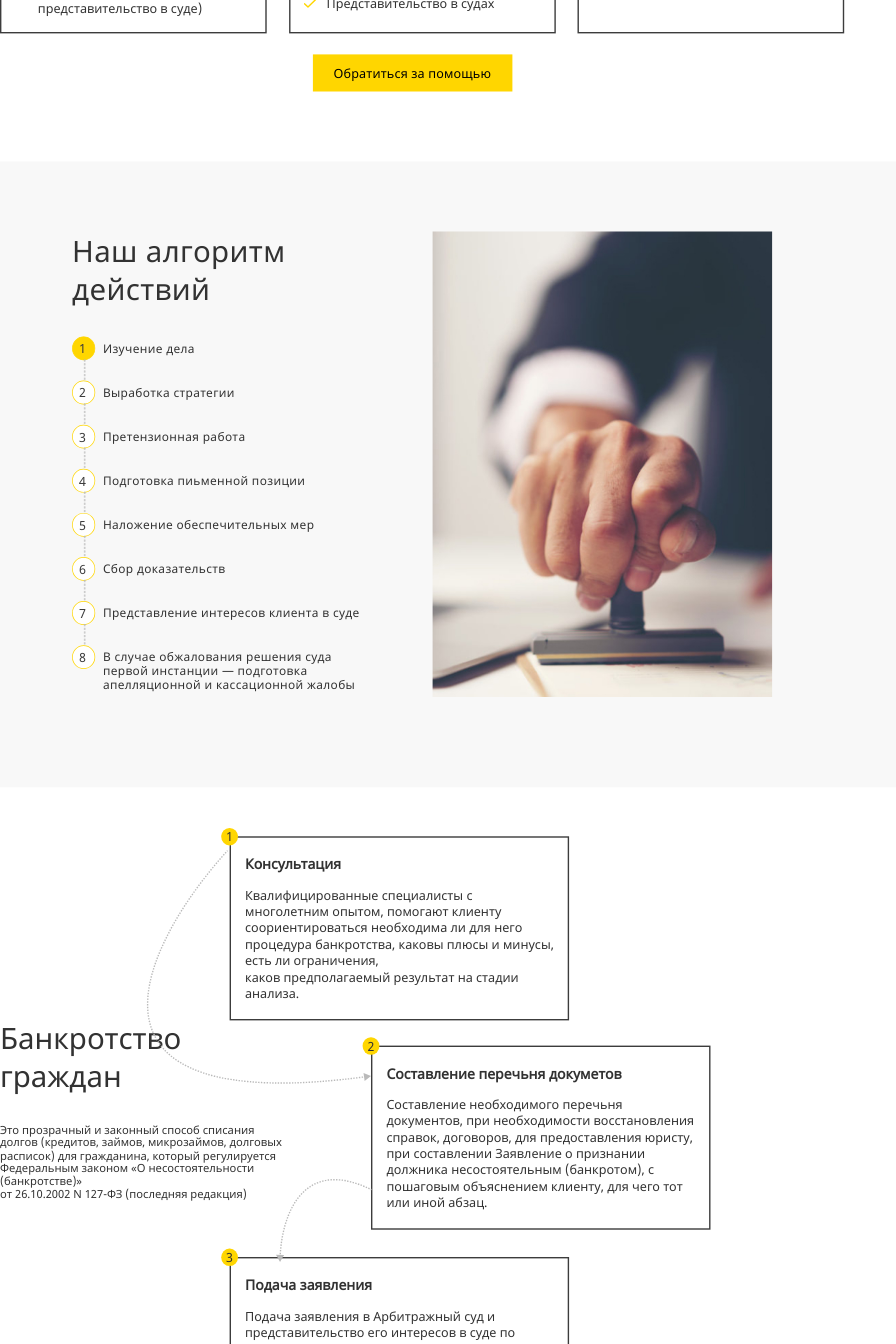
Repository: Nisovaki/antei
Page: http://localhost/
The author's editor kept a copy of each file at every save. The page is drawn from the files as they stood at one save, then again after the next save.
The browser window is 1280 px wide. The pictures show the part of the page from y = 2074 to 3994 px (the page is 6074 px tall), at 70% of full size.
The page is run by PHP 8.4 with error messages shown; the project is at /var/www/html/. Style sheets and scripts are compiled from the project's sources, by tool versions that may differ from the author's.

Above is the page before, as saved 2022-03-19 02:17:15.

### index.html
<!DOCTYPE html>
<html lang="ru">
<head>
	<meta charset="UTF-8">
	<meta http-equiv="X-UA-Compatible" content="IE=edge">
	<meta name="viewport" content="width=1440"/>
	<link rel="stylesheet" href="css/style.css">
	<link rel="preconnect" href="https://fonts.googleapis.com">
	<link rel="preconnect" href="https://fonts.gstatic.com" crossorigin>
	<link href="https://fonts.googleapis.com/css2?family=Roboto&display=swap" rel="stylesheet">
	<title>Услуги юриста</title>
</head>
<body>
	<navbar class="navbar">
		<div class="container">
			<div class="navbar-block">
				<ul class="navbar-list">
					<li class="navbar-item"><a href="#" class="navbar-link">Услуги</a></li>
					<li class="navbar-item"><a href="#" class="navbar-link">Банкротство граждан</a></li>
					<li class="navbar-item"><a href="#" class="navbar-link">Схема работы</a></li>
					<li class="navbar-item"><a href="#" class="navbar-link">Обратная связь</a></li>
				</ul>
				<div class="navbar-tel"><a href="tel:+79042812294" class="navbar-link">+7 (904) 281 22 94</a></div>
				<div class="navbar-address">г. Липецк, пр. Победы, д. 89</div>
			</div>
   </div>
	</navbar>

	<header class="header">
		<div class="container">
			<div class="header-block">
				<h1 class="header-block__title">Услуги юриста</h1>
				<div class="header-block__text">
					Ведение дел осуществляется как по г. Липецку, так и по его Области, возможно дистанционное составление документов
					в других городах
				</div>

				<ul class="header-block__list">
					<li class="icons header-block__item"><span class="icons__check"> Бесплатная консультация</span></li>
					<li class="icons header-block__item"><span class="icons__check"> Для клиентов пенсионного возраста скидки</span></li>
					<li class="icons header-block__item"><span class="icons__check"> Банкротство граждан, скидки для людей со&nbsp;льготами</span></li>
					<li class="icons header-block__item"><span class="icons__check"> В некоторых случаях возможно списать задолжность без подачи заявления на&nbsp;банкротство гарждан</span></li>
				</ul>

				<button class="button header__button">Решить проблему</button>
			</div>
		</div>
	</header>

	<section class="biography">
		<div class="container">
			<div class="author">
				<div class="author-img">
					<img src="img/biography/author.png" alt="Фотография: Богословский Дмитрий Михайлович" class="biography-author">
				</div>
				<div class="author-block">
					<h2 class="title biography-title">Богословский Дмитрий Михайлович</h2>
					<div class="biography-block">
						<div class="biography-subtitle"><span class="biography-subtitle__elipse"></span> Окончил МОУ ВО</div>
						<div class="biography-text">В 2015 году окончил МОУ ВО «Институт правa<br>и экономики» по специальности Юриспруденция,<br> с
							присвоением квалификации Юрист</div>
						<div class="biography-subtitle"><span class="biography-subtitle__elipse"></span> Работал в налоговой службе</div>
						<div class="biography-text">Работал в инспекции федеральной налоговой службе, суде, паралельно осваивая процедуру
							банкротства физических лиц</div>
						<div class="biography-subtitle"><span class="biography-subtitle__elipse"></span> Имею опыт в процедуре банкротства
						</div>
						<div class="biography-text">Имею опыт списания долгов по процедуре банкротства в арбитражном суде, с присвоением
							статуса банкрота</div>
					</div>
				</div>
			</div>
		</div>
	</section>
	<section class="services">
		<div class="container">
			<h2 class="title services__title">Услуги</h2>
			<div class="services-block">
				<div class="services-block__item">
					<h3 class="services-block__title">Гражданские дела</h3>
					<ul class="services-block__list">
						<li class="icons services-block__cell">Гражданские споры</li>
						<li class="icons services-block__cell">Банкротство физических лиц</li>
						<li class="icons services-block__cell">Жилищные и трудовые споры</li>
						<li class="icons services-block__cell">Споры по кредитам частичное списание (индивидуально)</li>
						<li class="icons services-block__cell">Страховые вопросы</li>
						<li class="icons services-block__cell">Возмещение морального вреда, (составление претензий, жалоб, исковых заявлений, представительство в суде)</li>
					</ul>
				</div>

				<div class="services-block__item">
					<h3 class="services-block__title">Административные и&nbsp;арбитражные дела</h3>
					<ul class="services-block__list">
						<li class="icons services-block__cell">Споры, возникающие с органами испольнительной власти</li>
						<li class="icons services-block__cell">Досудебный порядок регулирования</li>
						<li class="icons services-block__cell">Составление претензий, жалоб, искового заявления</li>
						<li class="icons services-block__cell">Ознакомление с материалами дела</li>
						<li class="icons services-block__cell">Представительство в судах</li>
					</ul>
				</div>

				<div class="services-block__item">
					<h3 class="services-block__title">Банкротство физических лиц</h3>
					<p class="services-block__text">К сожалению, гражданам не всегда удаётся своевременно погасить образовавшиеся задолженности<br> по многим причинам — потеря<br>
					работы, заболевание, требующее срочного лечения и т.д., однако<br> выход есть всегда, это Банкротство физичсекого лица</p>
					<a href="#" class="services-block__link">Узнать подробнее
						<img src="img/services/arrow.svg" alt="стрелка" class="services-block__img-1">
						<img src="img/services/arrow.svg" alt="стрелка" class="services-block__img-2">
					</a>
				</div>
			</div>
			<div class="services__wrapper">
				<button class="button services__button"><a href="#" class="services__button-link">Обратиться за помощью</a></button>
			</div>
		</div>
	</section>

	<section class="algorithm">
		<div class="container">
			<div class="algorithm-block">
				<div class="algorithm-block__item-1">
					<h2 class="title algorithm-block__title">Наш алгоритм действий</h2>
					<ol class="algorithm-block__list">
						<li class="algorithm-block__cell algorithm-block__cell-color"><div class="algorithm-block__element"></div> Изучение дела</li>
						<li class="algorithm-block__cell"><div class="algorithm-block__element"></div> Выработка стратегии</li>
						<li class="algorithm-block__cell"><div class="algorithm-block__element"></div> Претензионная работа</li>
						<li class="algorithm-block__cell"><div class="algorithm-block__element"></div> Подготовка пиьменной позиции</li>
						<li class="algorithm-block__cell"><div class="algorithm-block__element"></div> Наложение обеспечительных мер</li>
						<li class="algorithm-block__cell"><div class="algorithm-block__element"></div> Сбор доказательств</li>
						<li class="algorithm-block__cell"><div class="algorithm-block__element"></div> Представление интересов клиента в суде</li>
						<li class="algorithm-block__cell"> В случае обжалования решения суда первой инстанции
						— подготовка апелляционной и кассационной жалобы</li>
					</ol>
				</div>
				<div class="algorithm-block__item-2"><img src="img/algorithm/algorithm-img.jpg" alt="img: algorithm-block__img" class="algorithm-block__img"></div>
			</div>
		</div>
	</section>

	<section class="smash">
		<div class="container">
			<h2 class="title smash__title">Банкротство граждан</h2>
			<p class="smash__text">Это прозрачный и законный способ списания долгов (кредитов, займов, микрозаймов, долговых расписок) для гражданина,
			который регулируется Федеральным законом «О несостоятельности (банкротстве)»<br> от 26.10.2002 N 127-ФЗ (последняя редакция)</p>

			<div class="smash-wrapper">
				<div class="smash-wrapper__item smash-wrapper__item--indent-1">
					<div class="smash-wrapper__num">1</div>
					<div class="smash-wrapper__title">Консультация</div>
					<div class="smash-wrapper__text">Квалифицированные специалисты с многолетним опытом, помогают клиенту соориентироваться необходима ли для него процедура
					банкротства, каковы плюсы и минусы, есть ли ограничения,<br>каков предполагаемый результат на стадии<br> анализа.
  					</div>
				</div>

				<div class="smash-arrow__right"><img src="img/smash/arrow_right.svg" alt="arrow_right"></div>

				<div class="smash-wrapper__item smash-wrapper__item--indent-2">
					<div class="smash-wrapper__num">2</div>
					<div class="smash-wrapper__title">Составление перечьня докуметов</div>
					<div class="smash-wrapper__text">Составление необходимого перечьня документов, при необходимости восстановления справок, договоров, для предоставления
					юристу, при составлении Заявление о признании должника несостоятельным (банкротом), с пошаговым объяснением клиенту, для
					чего тот или иной абзац.
					</div>
				</div>

				<div class="smash-arrow__bottom"><img src="img/smash/arrow_bottom .svg" alt="arrow_bottom"></div>

				<div class="smash-wrapper__item smash-wrapper__item--indent-3">
					<div class="smash-wrapper__num">3</div>
					<div class="smash-wrapper__title">Подача заявления</div>
					<div class="smash-wrapper__text">Подача заявления в Арбитражный суд и представительство его интересов в суде по<br> данному делу, процедура списания долгов,
					при которой можно вздохнуть спокойно и<br> наслаждаться жизнью.
					</div>
				</div>
			</div>
			<!-- /.smash-wrapper -->
		</div>
		<!-- /. container -->
	</section>

	<section class="scheme">
		<div class="container">
			<h2 class="title scheme__title">Схема работы</h2>
			<div class="scheme-wrapper">
				<div class="scheme-wrapper__item">
					<div class="scheme-wrapper--dotted-1"></div>
					<div class="scheme-wrapper__num scheme-wrapper__num--color">1</div>
					<p class="scheme-wrapper__text">Оставьте заявку <br>или позвоните по номеру телефона</p>
				</div>
				<!-- /.scheme-wrapper__item -->
				<div class="scheme-wrapper__item">
					<div class="scheme-wrapper--dotted-2"></div>
					<div class="scheme-wrapper__num">2</div>
					<p class="scheme-wrapper__text">Бесплатно изучаю <br>ваши документы</p>
				</div>
				<!-- /.scheme-wrapper__item -->
				<div class="scheme-wrapper__item">
					<div class="scheme-wrapper--dotted-3"></div>
					<div class="scheme-wrapper__num">3</div>
					<p class="scheme-wrapper__text">Оцениваю ситуацию<br> и называю стоимость услуг</p>
				</div>
				<!-- /.scheme-wrapper__item -->
				<div class="scheme-wrapper__item">
					<div class="scheme-wrapper__num">4</div>
					<p class="scheme-wrapper__text">Заключаем сотрудничество и решаем проблему</p>
				</div>
				<!-- /.scheme-wrapper__item -->
			</div>
			<!-- /.scheme-wrapper -->
			<button class="button scheme__button">Оставить заявку</button>
		</div>
		<!-- /.container -->
	</section>
	<!-- /.scheme -->
    <section class="feedback">
		<div class="container">
			<div class="feedback-block">
				<div class="feedback-block__title">Обратная связь</div>
				<form action="send.php" method="post" class="feedback-form">
					<div class="feedback-input">
						<input type="text" placeholder="Ваше имя" class="feedback__input" name="name">
						<input type="text" placeholder="Электронная почта" class="feedback__input" name="email">
					</div>
					<textarea name="message" placeholder="Ваше сообщение" class="feedback__message"></textarea>
					<div class="feedback__wrapper">
						<input type="file" name="file" type="file" name="file" id="input__file" multiple class="feedback__file">
						<label for="input__file" class="feedback__file-button">
							<span class="feedback__file-button-text">
								<img src="img/feedback/file.svg" alt="файл">
								Загрусить файл
							</span>
						</label>
					</div>
					<div class="feedback__agreemet">
						<input type="checkbox" class="feedback__checkbox">
						<span class="feedback__text">Даю согласие на обработку персональных данных</span>
					</div>
					<button class="feedback__button">Отправить</button>
				</form>
			</div>
		</div>
	</section>

	<footer class="footer">
		<div class="container">
			<div class="footer-contacts">
				<h2 class="title footer__title">Контакты</h2>
				<div class="footer-contacts__item">
					<h3 class="footer-contacts__subtitle footer-contacts__subtitle--ml-1"><img src="img/footer/phone.svg" alt="icon: тефон" class="footer-contacts__icon-1">Номер телефона</h3>
					<a href="tel:+79042812294" class="footer-contacts__phone--ml1">+7 (904) 281 22 94</a>
					<a href="tel:+79042812293" class="footer-contacts__phone--ml2">+7 (904) 281 22 93</a>
					<div class="footer-contacts__block">
						<a href="" target="_blank"><img src="img/footer/viber.svg" alt="icon: viber" class="footer-contacts__icon"></a>
						<a href="" target="_blank"><img src="img/footer/watsapp.svg" alt="icon: watsapp" class="footer-contacts__icon"></a>
						<a href="" target="_blank"><img src="img/footer/telegram.svg" alt="icon: telegram" class="footer-contacts__icon"></a>
					</div>
					<p class="footer-contacts__subtitle footer-contacts__subtitle--ml-2"><img src="img/footer/email.svg" alt="icon: email" class="footer-contacts__icon-2"> Электронная почта</p>
					<a href="mailto:adp48ru@mail.ru" class="footer-contacts__email">adp48ru@mail.ru</a>
					<h3 class="footer-contacts__subtitle footer-contacts__subtitle--ml-3 "><img src="img/footer/map.svg" alt="icon: адрес" class="footer-contacts__icon-3"> Адрес</h3>
					<p class="footer-contacts__text">г. Липецк, пр. Победы, д. 89, 2 этаж</p>
					<h3 class="footer-contacts__subtitle footer-contacts__subtitle--ml-4"><img src="img/footer/clock.svg" alt="icon: режим работы" class="footer-contacts__icon-4"> Часы работы</h3>
					<p class="footer-contacts__text">Будни с 09:00 до17:00, выходные с 09:00 до 13:00 по записи</p>
				</div>

			</div>
			<!-- /.footer-contacts -->
			<div class="footer-map">

			</div>
			<!-- /.footer-map -->
		</div>
			<div class="footer-law">
				<div class="container">
					<p class="footer-law__text">© Все права защищены</p>
				</div>
			</div>

		<!-- /.container -->
	</footer>
	<!-- /.footer -->
</body>
</html>

### sass/style.sass
@import "_normalize.scss"
@import "_variables.sass"
@import "_settings.sass"
@import "_fonts.scss"
@import "block/_navbar.sass"
@import "block/_header.sass"
@import "block/_biography.sass"
@import "block/_services.sass"
@import "block/_algorithm.sass"
@import "block/_smash.sass"
@import "block/_feedback.sass"
@import "block/_footer.sass"
@import "block/_scheme.sass"

### sass/_variables.sass
$dark: #3C3C3C
$light: #FFFFFF
$txt-color: #323232
$btn-color: #FFD600
$fon-color: #F8F8F8
$dashed-color: #BABABA

### sass/_settings.sass
*
	box-sizing: border-box
body
	font-family: "Noto Sans", sans-serif
	font-weight: 400
	color: $txt-color
img
	max-width: 100%
.container
	max-width: 1320px
	margin: auto
.icons
	list-style-image: url(../img/header/Vector.svg)
	&__check
		position: relative
		left: 10px
.button
	padding: 15px 30px
	background-color: $btn-color
	border: none
	cursor: pointer
.title
	font-weight: 500
	font-size: 42px
	line-height: 130%
@media (max-width: 1200px)
	br
		display: none

### sass/_fonts.scss
@font-face {
  font-family: "Noto Sans bold";
  src: url("../fonts/NotoSans-Bold.woff2") format("woff2"),
    url("../fonts/NotoSans-Bold.woff") format("woff");
  font-weight: bold;
  font-style: normal;
  font-display: swap;
}

@font-face {
  font-family: "Noto Sans";
  src: url("../fonts/NotoSans.woff2") format("woff2"),
    url("../fonts/NotoSans.woff") format("woff");
  font-weight: normal;
  font-style: normal;
  font-display: swap;
}

### sass/block/_navbar.sass
.navbar
	display: block
	font-family: 'Roboto', sans-serif
	background-color: $dark
	color: $light
	padding: 37px 0 35px 0
	font-size: 18px
	line-height: 130%
	&-block
		display: flex
		justify-content: space-between
	&-list
		display: flex
		justify-content: space-between
		align-items: center
		margin: 0
		padding: 0
		flex-basis: 46.7%
	&-item
		list-style: none
	&-link
		color: inherit
		text-decoration: none
	&-address
		margin-right: 8.6%
		letter-spacing: 0.4px

### sass/block/_header.sass
.header
	padding: 100px 0
	background: url(../img/header/fon-img.jpg)
	background-repeat: no-repeat
	background-size: contain
	background-position: center right
	position: relative
	&::before
		content: ''
		width: 40.5%
		height: 100%
		position: absolute
		top: 0
		left: 0
		background-color: #ffffff
	&-block
		width: 50%
		position: relative
		margin-right: 50px
		&__list
			margin: 0
			padding: 0
			padding-left: 28px
		&__text
			width: 430px
			font-size: 18px
			line-height: 129%
			margin-bottom: 30px
		&__item
			margin-bottom: 15px
			width: 405px
			font-size: 18px
			line-height: 128%
		&__title
			font-weight: 600
			font-size: 52px
			line-height: 130%
			margin: 0
			margin-bottom: 30px
			letter-spacing: 1.5px
	&__button
		margin-top: 15px
		padding: 16px 29px 17px 31px
		letter-spacing: 1.4px

### sass/block/_biography.sass
.biography
	padding-top: 100px
	background-color: $fon-color
	&-title
		letter-spacing: 0.6px
		width: 475px
		margin: 0
		margin-bottom: 40px
		margin-top: 2px
	&-subtitle
		font-weight: 600
		font-size: 20px
		line-height: 130%
		margin-bottom: 15px
		letter-spacing: 0.5px
		&__elipse
			display: inline-block
			width: 16px
			height: 16px
			background-color: $btn-color
			border-radius: 50%
			margin-right: 9px
	&-text
		font-size: 18px
		line-height: 128%
		width: 487px
		margin-bottom: 30px
.author
	display: flex
	justify-content: flex-end
	&-img
		flex-basis: 45%
		margin-left: 118px
	&-block
		flex-basis: 70%

### sass/block/_algorithm.sass
.algorithm
    padding: 100px 0
    background-color: $fon-color
    &-block
        display: flex
        position: relative
        &__item-1
            width: 515px
            margin-left: 103px
        &__title
            width: 382px
            display: inline-block
            margin: 0
            margin-bottom: 40px
            letter-spacing: 0.5px
        &__cell-color
            &::before
                background-color: $btn-color
        &__element
            position: absolute
            top: 33px
            left: 17px
            width: 0px
            height: 34px
            border: 1px dashed $dashed-color
        &__img
            max-width: inherit
ol
    list-style: none
    width: 440px
    font-size: 17px
    font-weight: 400
    padding: 0
    margin: 0
    li
        counter-increment: num
        margin: 0
        padding: 7px 0 36px 44px
        position: relative
        line-height: 20px
        letter-spacing: 0.5px
        &::marker
            display: none
        &::before
            content: counter(num)
            display: inline-block
            position: absolute
            top: 0
            left: 0
            background: #fff
            color: $dark
            text-align: center
            font-size: 18px
            padding: 6px 12px 6px 9px
            border: 1px solid $btn-color
            border-radius: 50%

### sass/block/_smash.sass
.smash
    position: relative
    padding-top: 331px
    padding-bottom: 342px
    &__title
        margin: 0
        margin-bottom: 40px
        width: 382px
    &__text
        width: 411px
    &-wrapper
        &__item
            position: relative
            width: 485px
            border: 2px solid $dark
            padding: 25px 20px
            &--indent-1
                position: absolute
                top: 70px
                right: 467px
            &--indent-2
                position: absolute
                right: 265px
                top: 369px
            &--indent-3
                position: absolute
                top: 671px
                right: 467px
        &__num
            position: absolute
            top: -14px
            left: -14px
            background-color: $btn-color
            border-radius: 50%
            padding: 1px 7px 1px 7px
            font-size: 18px
            line-height: 130%
            font-family: "Noto Sans"
        &__title
            font-weight: bold
            font-size: 20px
            line-height: 130%
            margin-bottom: 20px
        &__text
            width: 445px
            font-size: 18px
            line-height: 130%
    &-arrow
        &__right
            position: absolute
            top: 89px
            right: 750px
        &__bottom
            position: absolute
            top: 559px
            right: 748px
            z-index: 1

### sass/block/_scheme.sass
.scheme
    padding-top: 100px
    padding-bottom: 100px
    background-color: $fon-color
    &__title
        margin: 0
        margin-bottom: 40px
    &-wrapper
        position: relative
        display: flex
        justify-content: space-around
        margin-bottom: 30px
        &__item
        &__num
            display: flex
            justify-content: center
            font-size: 18px
            line-height: 130%
            width: 11%
            margin: auto
            font-family: "Roboto"
            border-radius: 50%
            border: 2px solid $btn-color
            &--color
                background-color: $btn-color
        &__text
            text-align: center
            width: 250px
            font-size: 18px
            line-height: 130%
        &--dotted-1
            position: absolute
            top: 13px
            left: 16%
            border: 2px dashed $dashed-color
            width: 236px
            height: 2px
        &--dotted-2
            position: absolute
            top: 13px
            left: 41%
            border: 2px dashed $dashed-color
            width: 236px
            height: 2px
        &--dotted-3
            position: absolute
            top: 13px
            right: 16%
            border: 2px dashed $dashed-color
            width: 236px
            height: 2px

Loaded but not shown: sass/_normalize.scss (common file); img/smash/arrow_right.svg (3 lines, source omitted); img/smash/arrow_bottom .svg (3 lines, source omitted); img/footer/viber.svg (4 lines, source omitted); img/footer/email.svg (11 lines, source omitted); img/footer/clock.svg (4 lines, source omitted); img/footer/map.svg (4 lines, source omitted); img/footer/phone.svg (3 lines, source omitted); img/footer/watsapp.svg (4 lines, source omitted); img/footer/telegram.svg (45 lines, source omitted); img/feedback/file.svg (3 lines, source omitted); img/header/Vector.svg (3 lines, source omitted); img/services/arrow.svg (3 lines, source omitted); sass/block/_feedback.sass (99 lines, source omitted); sass/block/_services.sass (66 lines, source omitted); sass/block/_footer.sass (83 lines, source omitted)

After the next save:
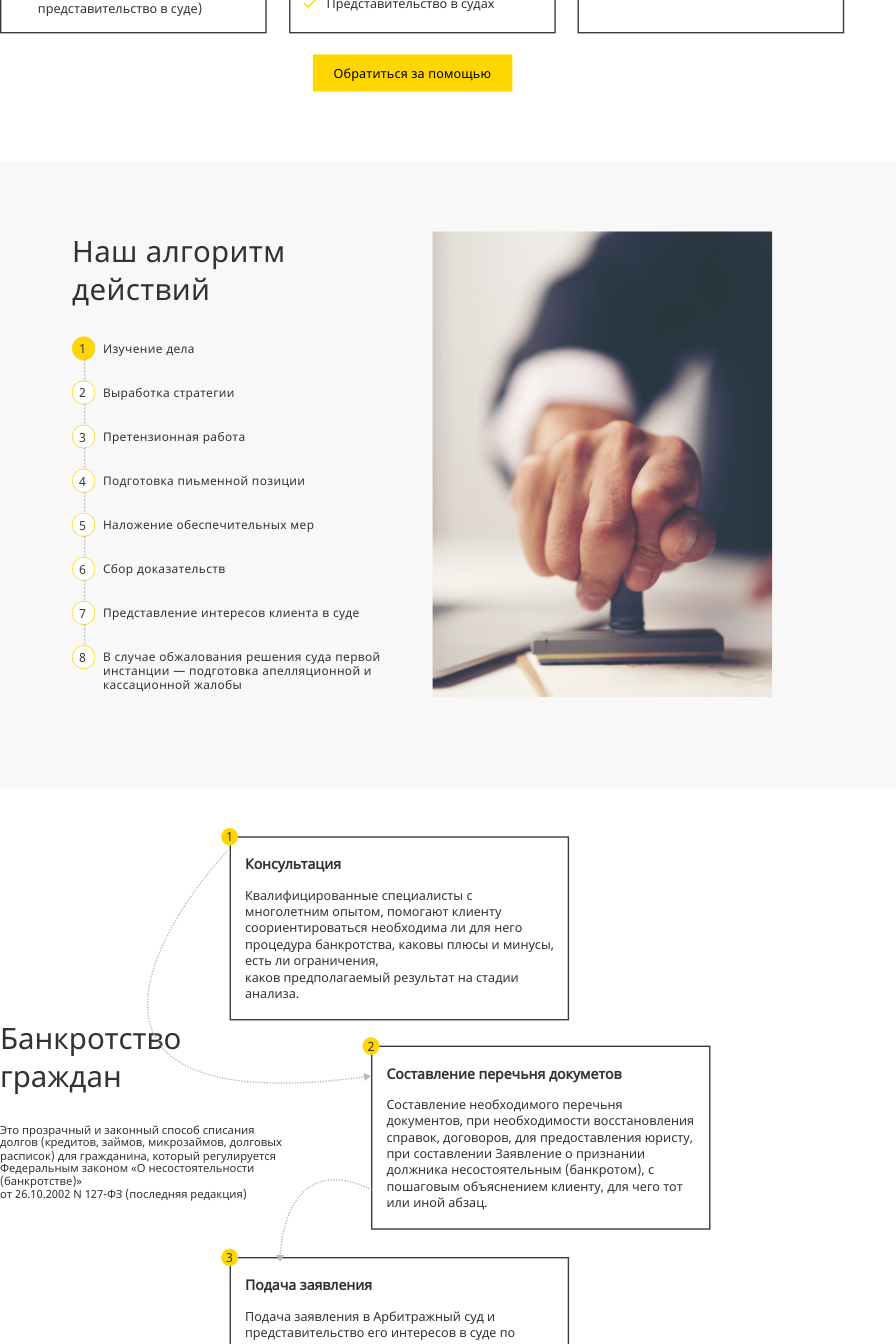
Saved 64 s later.
--- a/sass/block/_algorithm.sass
+++ b/sass/block/_algorithm.sass
@@ -27,7 +27,7 @@
             max-width: inherit
 ol
     list-style: none
-    width: 440px
+    width: 445px
     font-size: 17px
     font-weight: 400
     padding: 0
